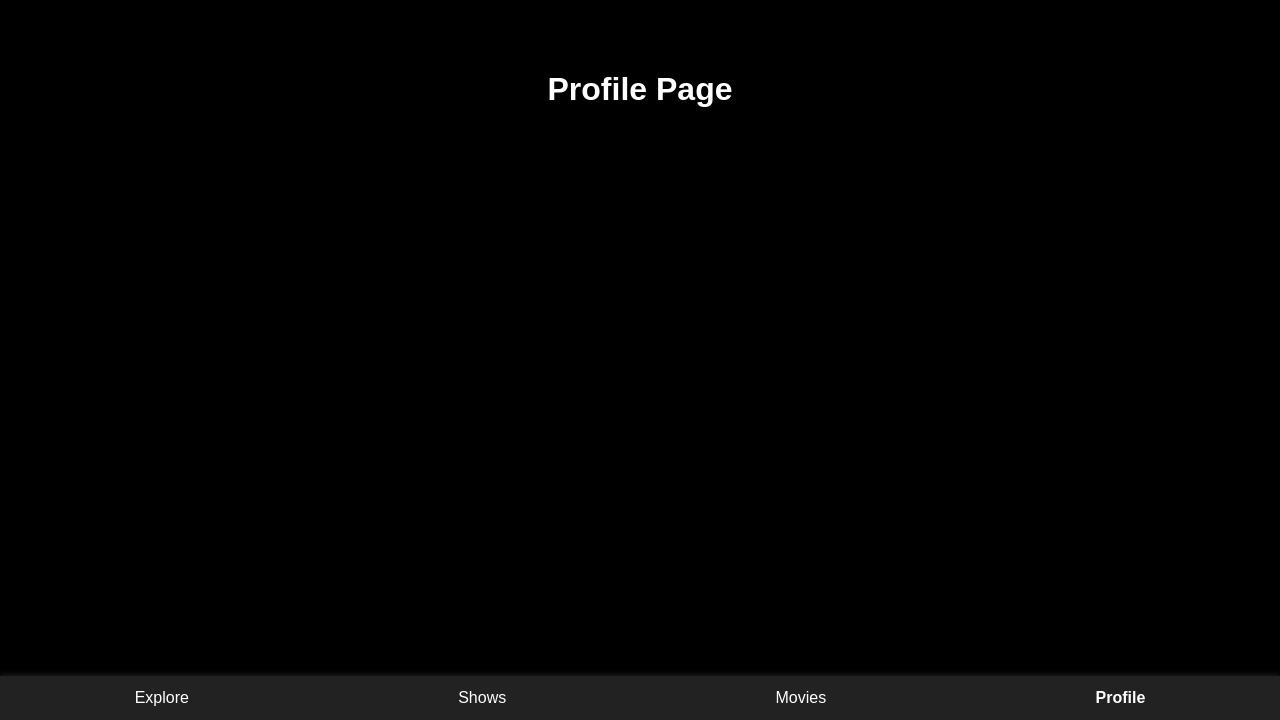
Repository: carson-jenkins-5/tracktv
Page: tracktv/frontend/profile.html
These files come from the project's save history. The page is drawn as it stood at one moment and after the next save; the edit follows.
The browser window is 1280 px wide. The pictures show the whole page.

Above is the page before, as saved 2025-03-14 22:29:48.

After the next save:
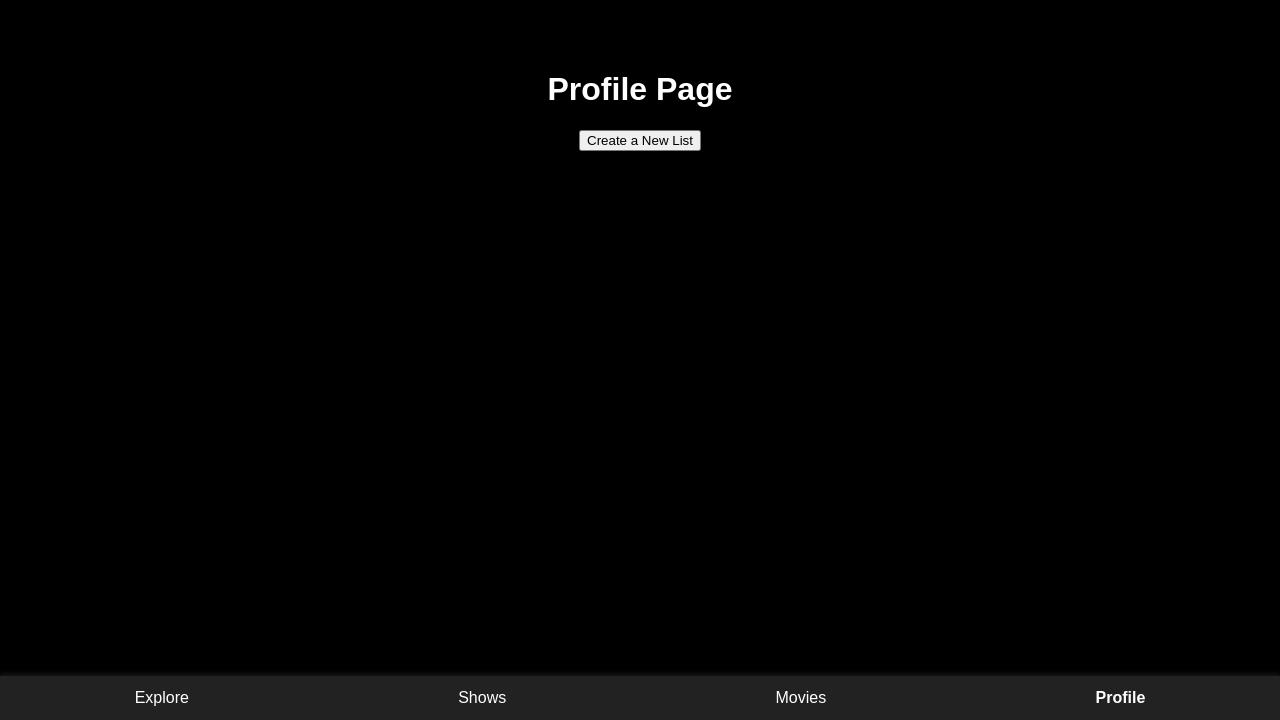
Saved 7 min 53 s later.
--- a/tracktv/frontend/profile.html
+++ b/tracktv/frontend/profile.html
@@ -11,6 +11,20 @@
     <!-- Black Screen for Profile -->
     <div class="profile-container">
         <h1 style="color: white; text-align: center; padding-top: 50px;">Profile Page</h1>
+        <div class="profile-content">
+            <div class="user-info">
+                <!-- Placeholder for username, profile picture, and edit button -->
+            </div>
+            <div class="stats">
+                <!-- Placeholder for watched episodes/movies -->
+            </div>
+            <div class="lists">
+                <button>Create a New List</button>
+            </div>
+            <div class="favorites">
+                <!-- Placeholder for favorite shows/movies carousel -->
+            </div>
+        </div>
     </div>
 
     <!-- Navbar (Same as Other Pages) -->
